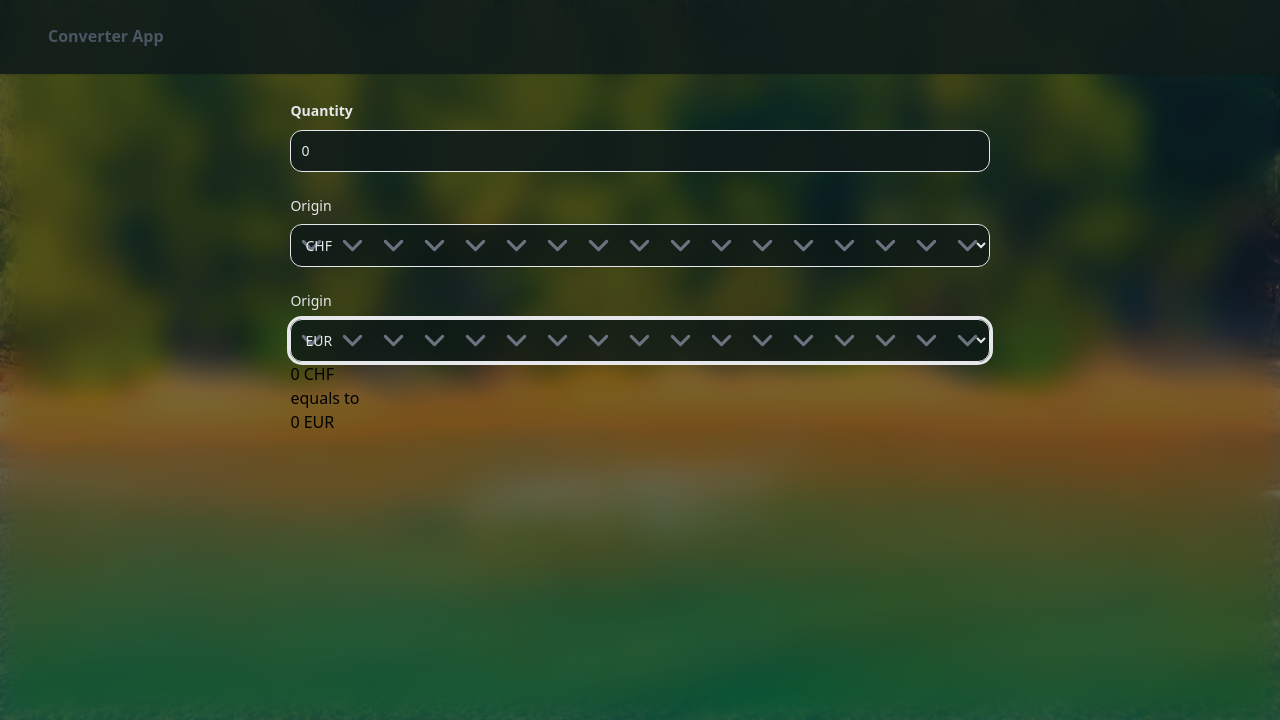
Repository: mikelCabezas/angular-exercices
Page: / (app in converter/)
These files come from the project's save history. The page is drawn as it stood at one moment and after the next save; the edit follows.
The browser window is 1280 px wide. The pictures show the whole page.
The project was rebuilt for these pictures with package versions that can differ from the ones it lists, and the page was loaded fresh each time. Also part of the build but not shown: converter/angular.json.

Above is the page before, as saved 2023-09-15 21:37:42.

After the next save:
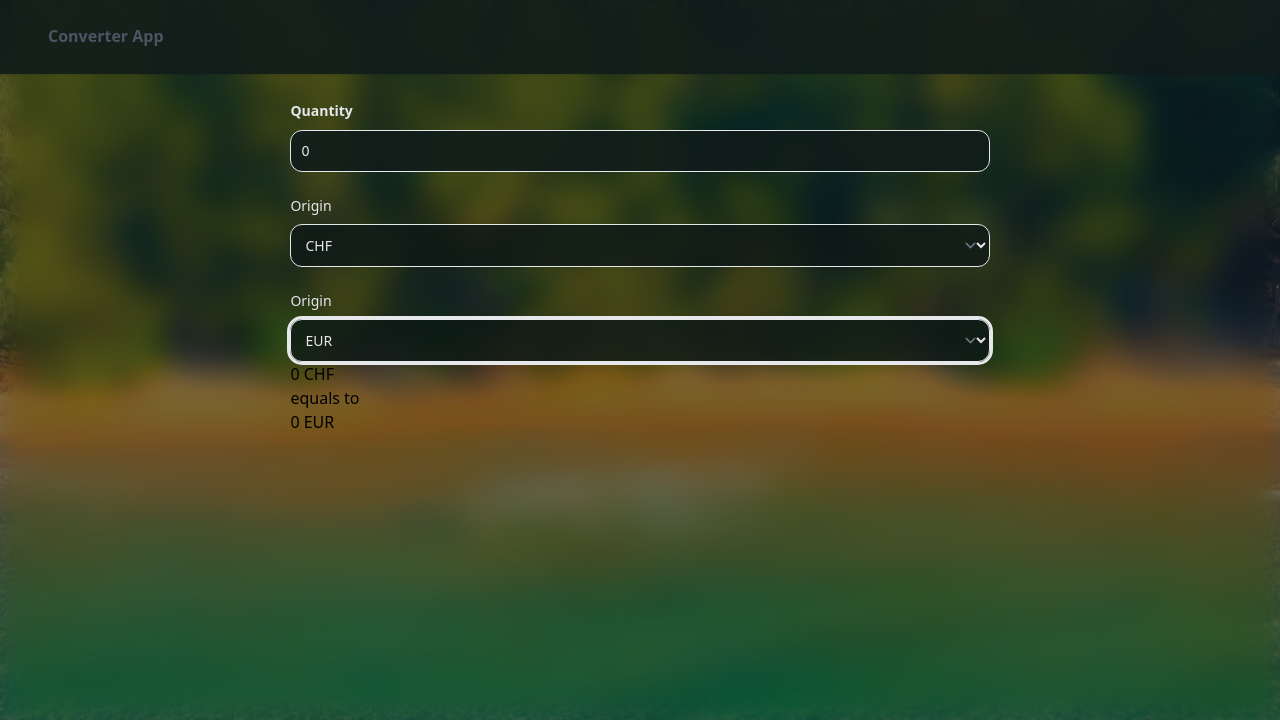
Saved 26 s later.
--- a/converter/src/app/components/converter/converter.component.css
+++ b/converter/src/app/components/converter/converter.component.css
@@ -1,3 +1,6 @@
 select {
     background: rgba(13, 24, 23, 0.8) url("data:[embedded picture, 232 characters]");
+    background-position: right 0.5rem center;
+    background-repeat: no-repeat;
+    background-size: 1.5em 1.5em;
 }
